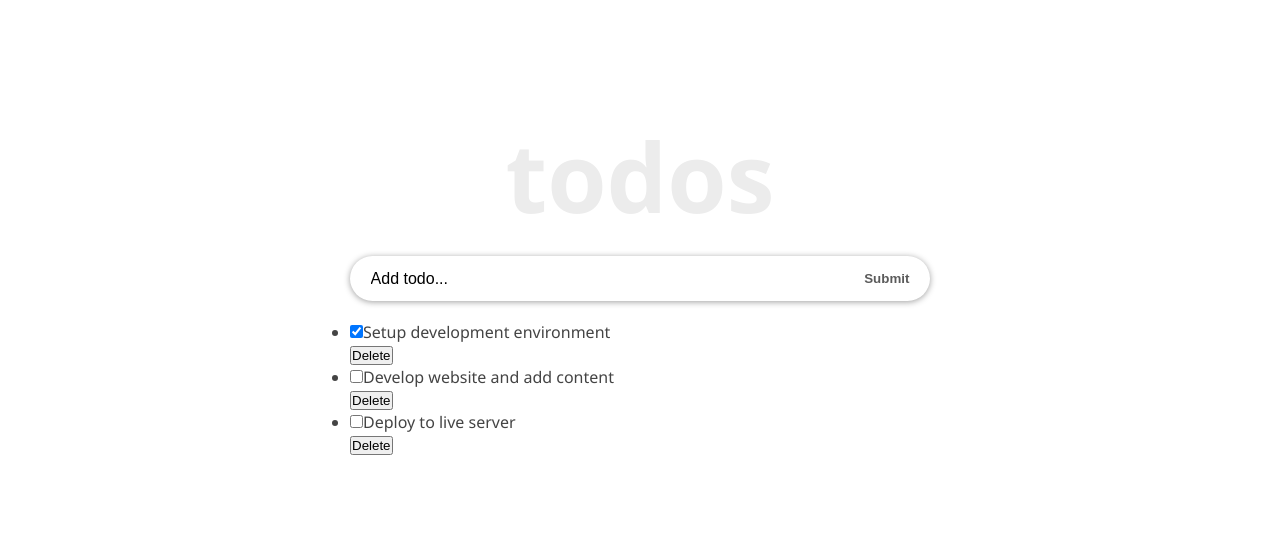
Repository: kennedyowusu/react-todo-app
Page: /
An editor plug-in stored every save of this project. The page is shown before and after a run of saves, followed by the edit.
The browser window is 1280 px wide. The pictures show the whole page.
The project was rebuilt for these pictures with package versions that can differ from the ones it lists, and the page was loaded fresh each time.

Above is the page before, as saved 2023-01-16 13:30:44.

After the next 2 saves:
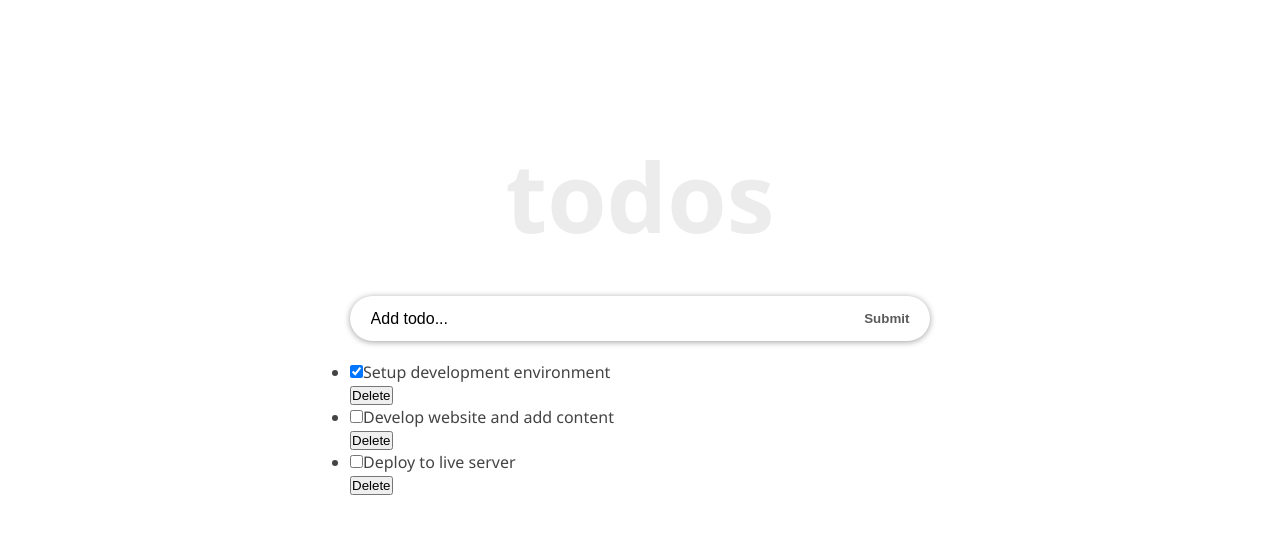
The 2 saves are shown as one change because they came seconds apart.
The last was saved 12 s later.
--- a/src/components/Header.js
+++ b/src/components/Header.js
@@ -7,7 +7,7 @@ const Header = () => {
   }
 
   return (
-    <header>
+    <header style={headerStyle}>
       <h1
         style={{
           fontSize: '6rem',
